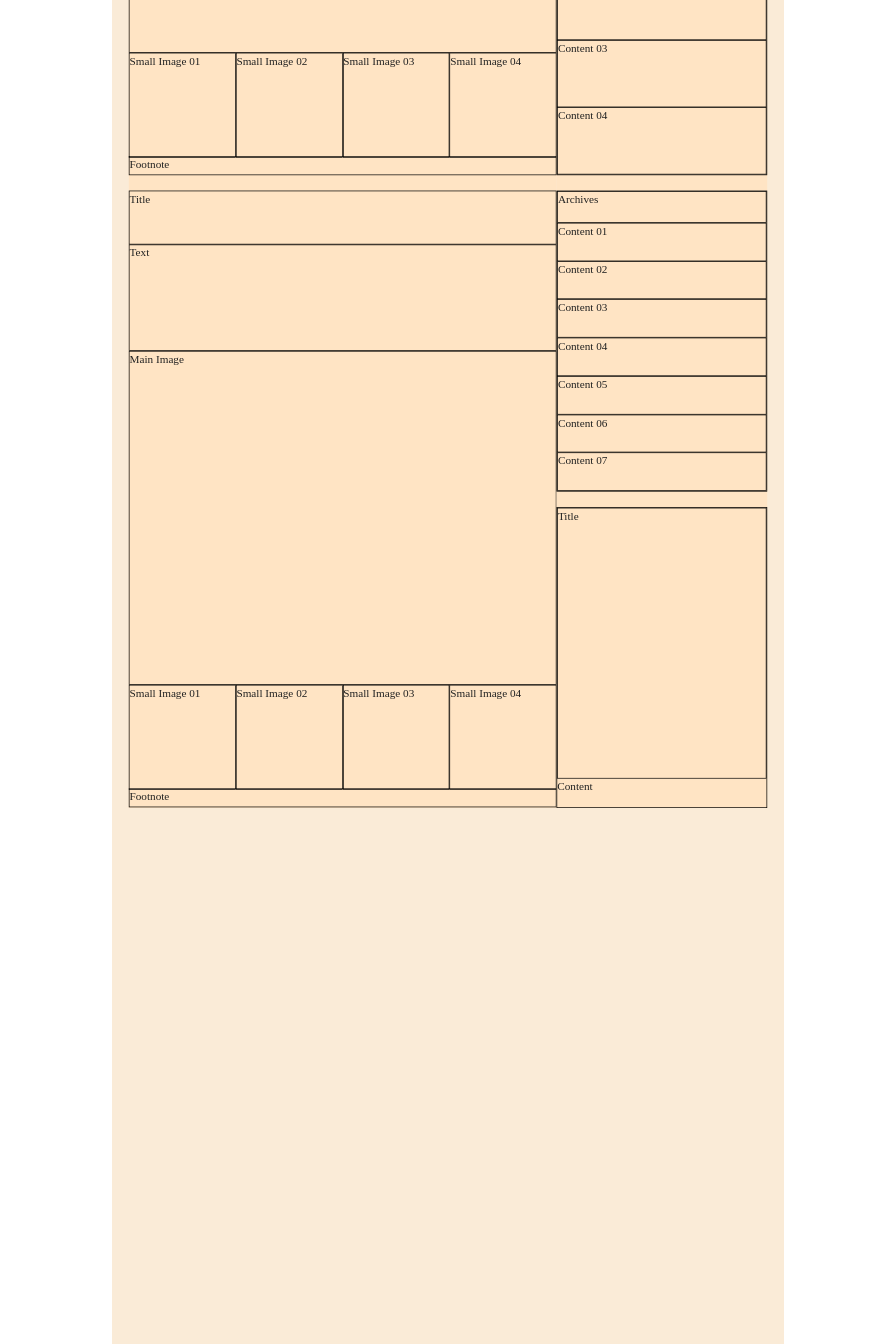
Repository: giovanabirck/cover-magazine-giovanabirck
Page: index.html
The author's editor kept a copy of each file at every save. The page is drawn from the files as they stood at one save, then again after the next save.
The browser window is 1280 px wide. The pictures show the part of the page from y = 1096 to 3016 px (the page is 5000 px tall), at 70% of full size.

Above is the page before, as saved 2023-01-14 12:42:52.

After the next save:
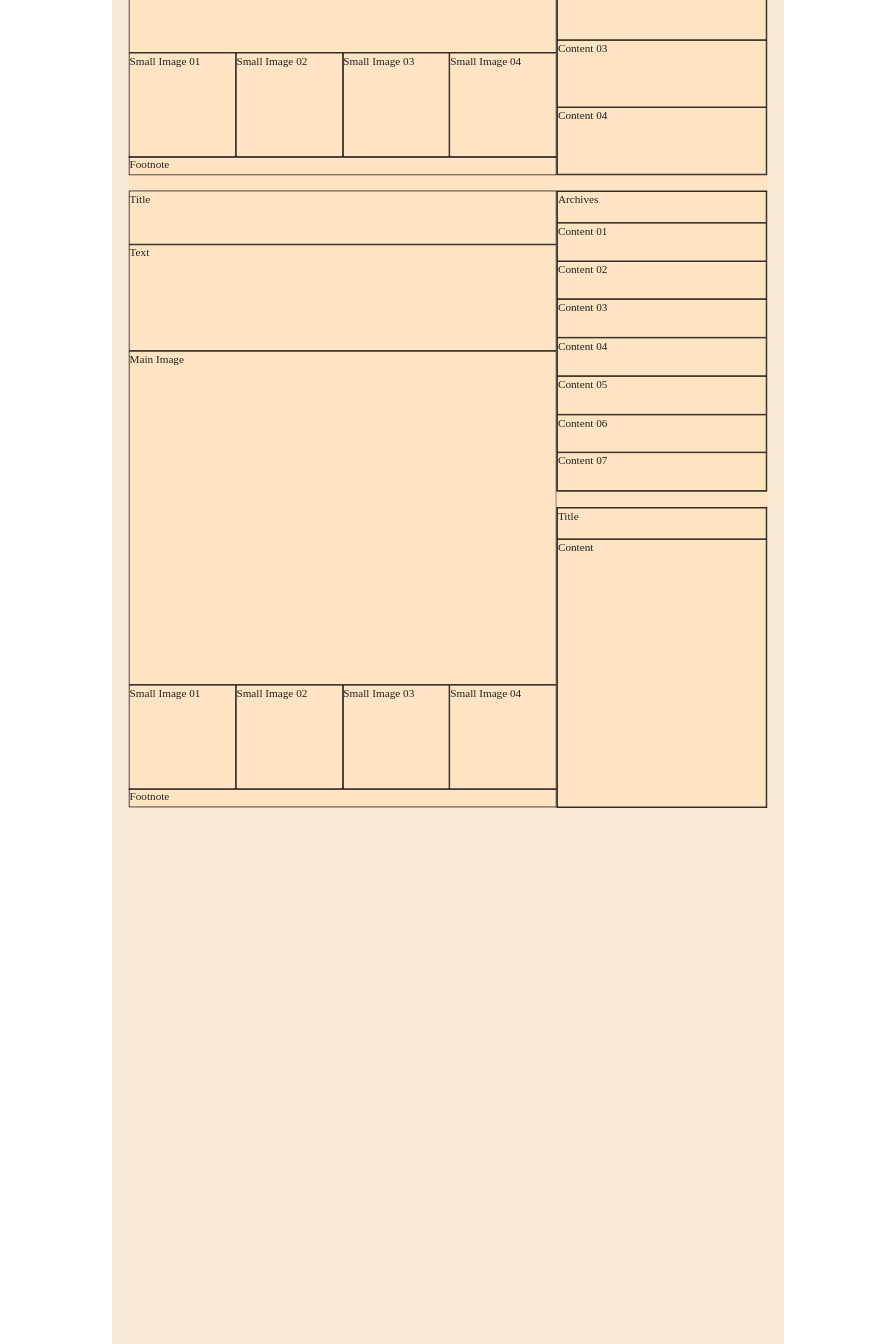
Saved 5 s later.
--- a/css/main.css
+++ b/css/main.css
@@ -502,7 +502,7 @@ textarea {
   height: 10%;
 }
 
-.main-side-container04-title{
+.main-side-container04-content{
   border: solid 1px black;
   height: 90%;
 }
